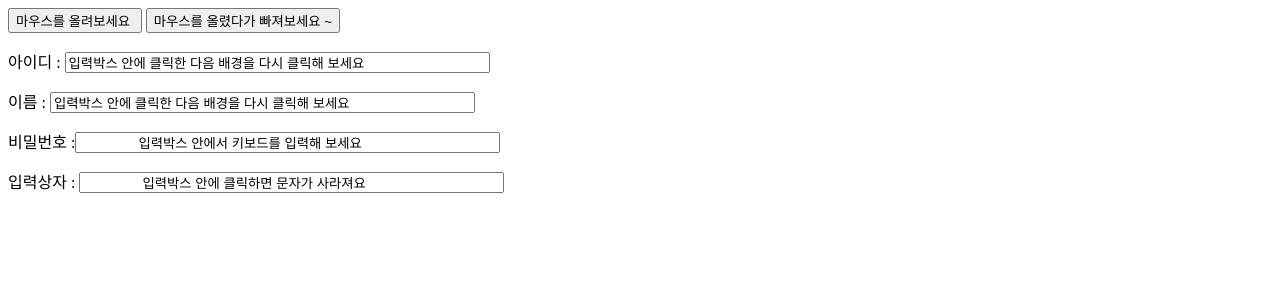
Repository: gyungmean/2020_2_webProgramming
Page: week3/week3/WebContent/PracticeA-01/PracticeA-01.html
The author's editor kept a copy of each file at every save. The page is drawn from the files as they stood at one save, then again after the next save.
The browser window is 1280 px wide. The pictures show the whole page.

Above is the page before, as saved 2020-09-21 08:01:51.
Console error (its wording comes from the project's code and is left out).

### week3/week3/WebContent/PracticeA-01/PracticeA-01.html
<html>
	<head>
		<title>이벤트 핸들러 모두 알아보기 </title>
	</head>
	<body onLoad ="alert('문서를 열면 onload !')"
		onUnload ="alert('문서를 닫으면 onunload !')">

		<form onSubmit =" 폼을 제출합니다 .')"
			onReset ="alert('입력양식을 초기화합니다.')">

		<input type="button" value="마우스를 올려보세요 "
			onMouseover ="alert('마우스를 올리면 onmouseover')">

		<input type="button" value="마우스를 올렸다가 빠져보세요 ~"
			onMouseout ="alert('마우스가 빠져나가면 onmouseout')"><p>

		아이디 : <input type="text" size=50 value="입력박스 안에 클릭한 다음 배경을 다시 클릭해 보세요 "
		onFocus ="alert('입력박스에 클릭하면 onfocus ')"><p>

		이름 : <input type="text" size=50 value="입력박스 안에 클릭한 다음 배경을 다시 클릭해 보세요 "
		onBlur ="alert(입력박스에서 포커스가 떠나면 onblur ')"><p>
		비밀번호
		:<input type="text" size=50
		value="
		입력박스 안에서 키보드를 입력해 보세요 "
		onKeydown =" 키를 누르면 onkeydown ')" ><p>
		입력상자
		: <input type=text size=50
		value="
		입력박스 안에 클릭하면 문자가 사라져요 "
		onFocus this.value ='' "
		onBlur this.value 입력박스 밖을 클릭하면 다시 문자가 나타나요 '"><p>
		<input type="button" value="
		확인 "
		onClick =" 버튼을 클릭하면 click 이벤트 발생
		<input type="submit" value="
		보내기
		<input type="reset" value="
		다시쓰기
		</form>
	</body>
</html>

After the next save:
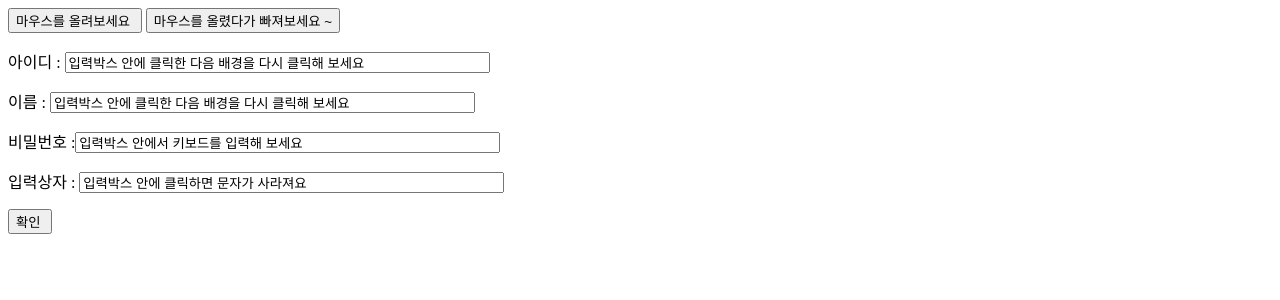
Saved 2 min 18 s later.
--- a/week3/week3/WebContent/PracticeA-01/PracticeA-01.html
+++ b/week3/week3/WebContent/PracticeA-01/PracticeA-01.html
@@ -19,20 +19,17 @@
 
 		이름 : <input type="text" size=50 value="입력박스 안에 클릭한 다음 배경을 다시 클릭해 보세요 "
 		onBlur ="alert(입력박스에서 포커스가 떠나면 onblur ')"><p>
-		비밀번호
-		:<input type="text" size=50
-		value="
-		입력박스 안에서 키보드를 입력해 보세요 "
-		onKeydown =" 키를 누르면 onkeydown ')" ><p>
-		입력상자
-		: <input type=text size=50
-		value="
-		입력박스 안에 클릭하면 문자가 사라져요 "
-		onFocus this.value ='' "
-		onBlur this.value 입력박스 밖을 클릭하면 다시 문자가 나타나요 '"><p>
-		<input type="button" value="
-		확인 "
-		onClick =" 버튼을 클릭하면 click 이벤트 발생
+
+		비밀번호 :<input type="text" size=50 value="입력박스 안에서 키보드를 입력해 보세요 "
+		onKeydown ="alert('키를 누르면 onkeydown ')"><p>
+
+		입력상자 : <input type=text size=50 value="입력박스 안에 클릭하면 문자가 사라져요 "
+		onFocus="this.value ='' "
+		onBlur="this.value 입력박스 밖을 클릭하면 다시 문자가 나타나요 '"><p>
+
+		<input type="button" value="확인 "
+		onClick="alert('버튼을 클릭하면 click 이벤트 발생')">
+
 		<input type="submit" value="
 		보내기
 		<input type="reset" value="
